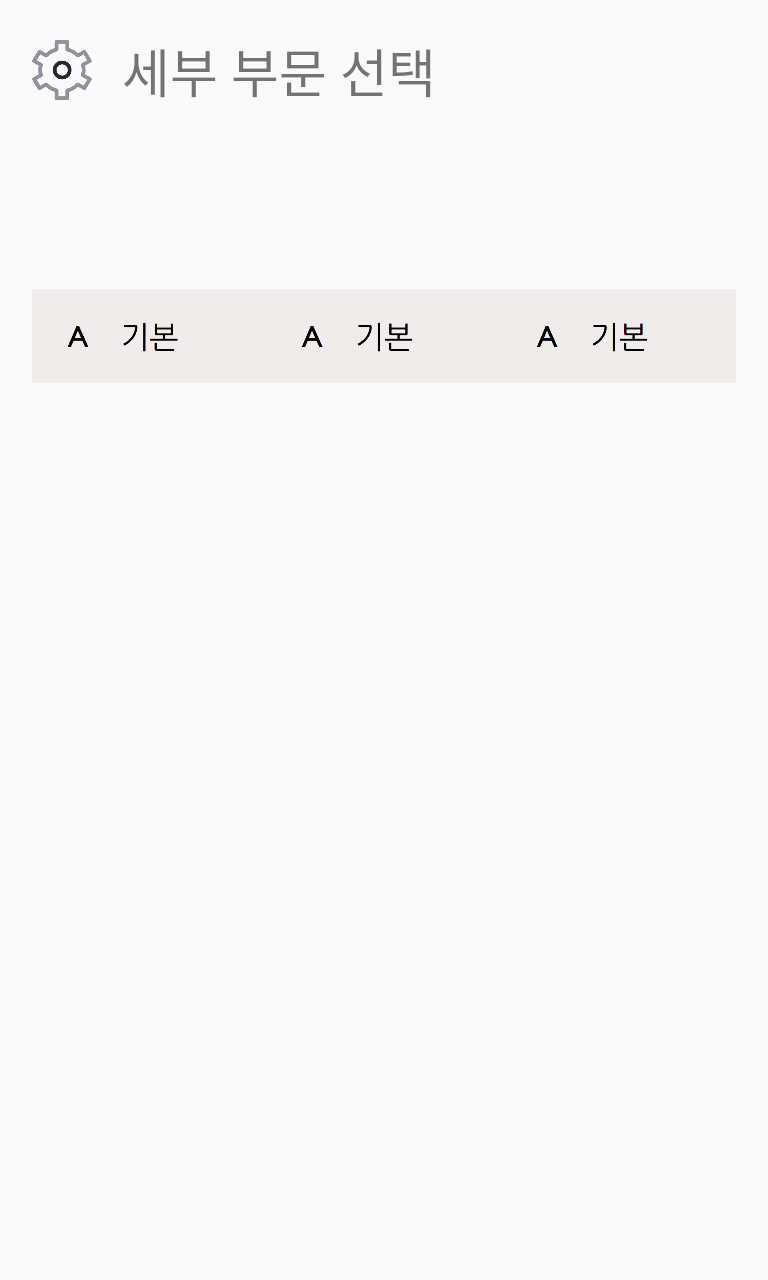
Repository: team-peony/ccfinder
Layout: android/CertifiedCompanyFinder/res/layout/fragment_category_ks.xml
An editor plug-in stored every save of this project. The layout is shown before and after the next save, followed by the edit.
It is drawn on a 768 x 1280 px phone screen (xhdpi) without system bars, with theme AppTheme; the app's code is not run.

Above is the layout before, as saved 2015-02-20 05:35:37.

### android/CertifiedCompanyFinder/res/layout/fragment_category_ks.xml
<RelativeLayout xmlns:android="http://schemas.android.com/apk/res/android"
    xmlns:tools="http://schemas.android.com/tools"
    android:layout_width="match_parent"
    android:layout_height="match_parent"
    android:paddingBottom="@dimen/activity_vertical_margin"
    android:paddingLeft="@dimen/activity_horizontal_margin"
    android:paddingRight="@dimen/activity_horizontal_margin"
    android:paddingTop="@dimen/activity_vertical_margin"
    tools:context="com.peony.ccfinder.CategoryKsActivity$PlaceholderFragment" >

    <LinearLayout
        android:id="@+id/cks_llDescription"
        android:layout_width="wrap_content"
        android:layout_height="wrap_content"
        android:orientation="horizontal"
        android:gravity="center_vertical">
        <ImageView
            android:layout_width="30dp"
            android:layout_height="30dp"
            android:src="@drawable/ks_icon"/>
	    <TextView
	        android:layout_width="wrap_content"
	        android:layout_height="wrap_content"
	        android:layout_marginLeft="15dp"
	        android:textSize="26sp"
	        android:text="세부 부문 선택" />
    </LinearLayout>

    <LinearLayout
        android:layout_width="match_parent"
        android:layout_height="match_parent"
        android:layout_below="@id/cks_llDescription"
        android:orientation="vertical">

        <LinearLayout
            android:layout_width="match_parent"
            android:layout_height="wrap_content"
            android:orientation="horizontal">

			<ImageView
			    android:layout_width="0dp"
			    android:layout_height="wrap_content"
			    android:layout_weight="1"
			    android:src="@drawable/a_icon"/>

			<ImageView
			    android:layout_width="0dp"
			    android:layout_height="wrap_content"
			    android:layout_weight="1"
			    android:src="@drawable/a_icon"/>

			<ImageView
			    android:layout_width="0dp"
			    android:layout_height="wrap_content"
			    android:layout_weight="1"
			    android:src="@drawable/a_icon"/>
        </LinearLayout>
    </LinearLayout>

</RelativeLayout>

### android/CertifiedCompanyFinder/res/values/styles.xml
<resources>

    <!--
        Base application theme, dependent on API level. This theme is replaced
        by AppBaseTheme from res/values-vXX/styles.xml on newer devices.
    -->
    <style name="AppBaseTheme" parent="Theme.AppCompat.Light">
        <!--
            Theme customizations available in newer API levels can go in
            res/values-vXX/styles.xml, while customizations related to
            backward-compatibility can go here.
        -->
    </style>

    <!-- Application theme. -->
    <style name="AppTheme" parent="AppBaseTheme">
        <!-- All customizations that are NOT specific to a particular API-level can go here. -->
    </style>

</resources>

### android/CertifiedCompanyFinder/res/values/dimens.xml
<resources>

    <!-- Default screen margins, per the Android Design guidelines. -->
    <dimen name="activity_horizontal_margin">16dp</dimen>
    <dimen name="activity_vertical_margin">16dp</dimen>
	<dimen name="category_icon_size">24dp</dimen>
	<dimen name="category_padding">58dp</dimen>
	<dimen name="ks_category_width">130dp</dimen>
</resources>

Loaded but not shown: android/CertifiedCompanyFinder/res/values-v11/styles.xml (common file); android/CertifiedCompanyFinder/res/values-v14/styles.xml (common file); android/CertifiedCompanyFinder/res/values-w820dp/dimens.xml (common file)

After the next save:
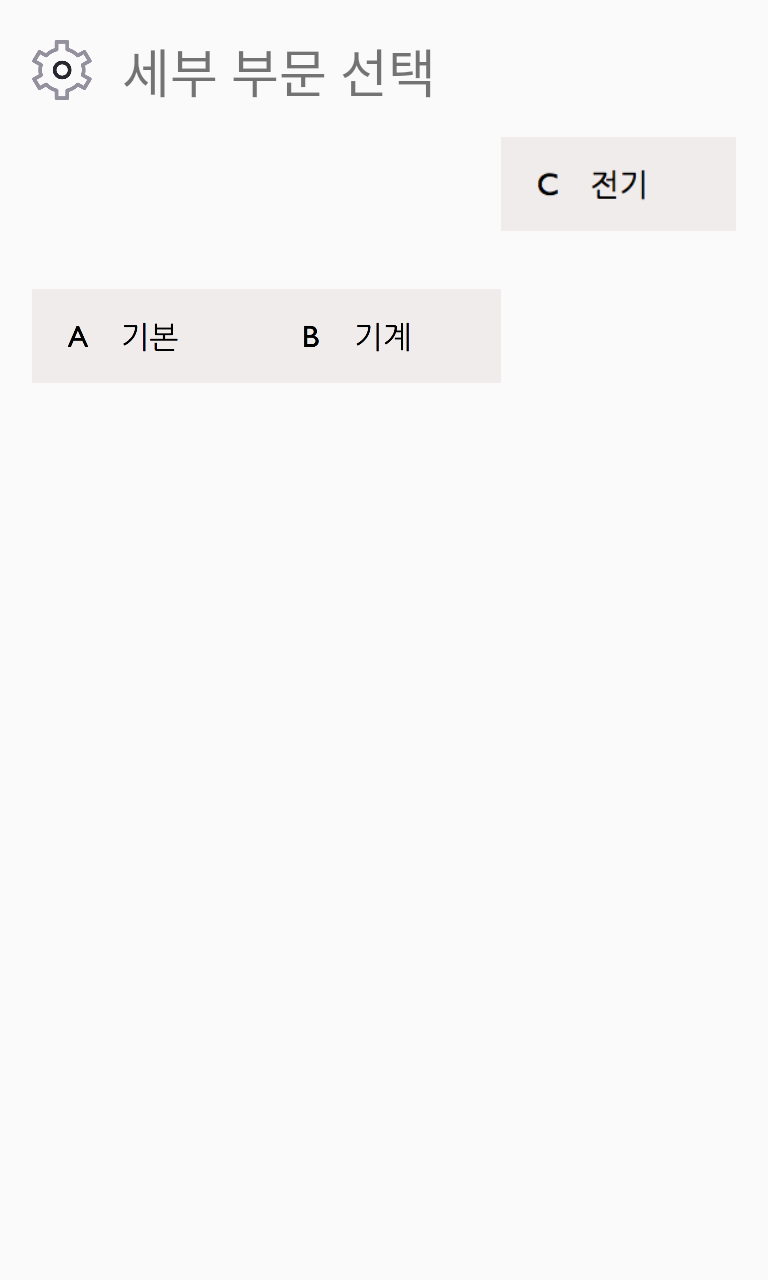
Saved 6 s later.
--- a/android/CertifiedCompanyFinder/res/layout/fragment_category_ks.xml
+++ b/android/CertifiedCompanyFinder/res/layout/fragment_category_ks.xml
@@ -47,13 +47,13 @@
 			    android:layout_width="0dp"
 			    android:layout_height="wrap_content"
 			    android:layout_weight="1"
-			    android:src="@drawable/a_icon"/>
+			    android:src="@drawable/b_icon"/>
 
 			<ImageView
 			    android:layout_width="0dp"
 			    android:layout_height="wrap_content"
 			    android:layout_weight="1"
-			    android:src="@drawable/a_icon"/>
+			    android:src="@drawable/c_icon"/>
         </LinearLayout>
     </LinearLayout>
 
